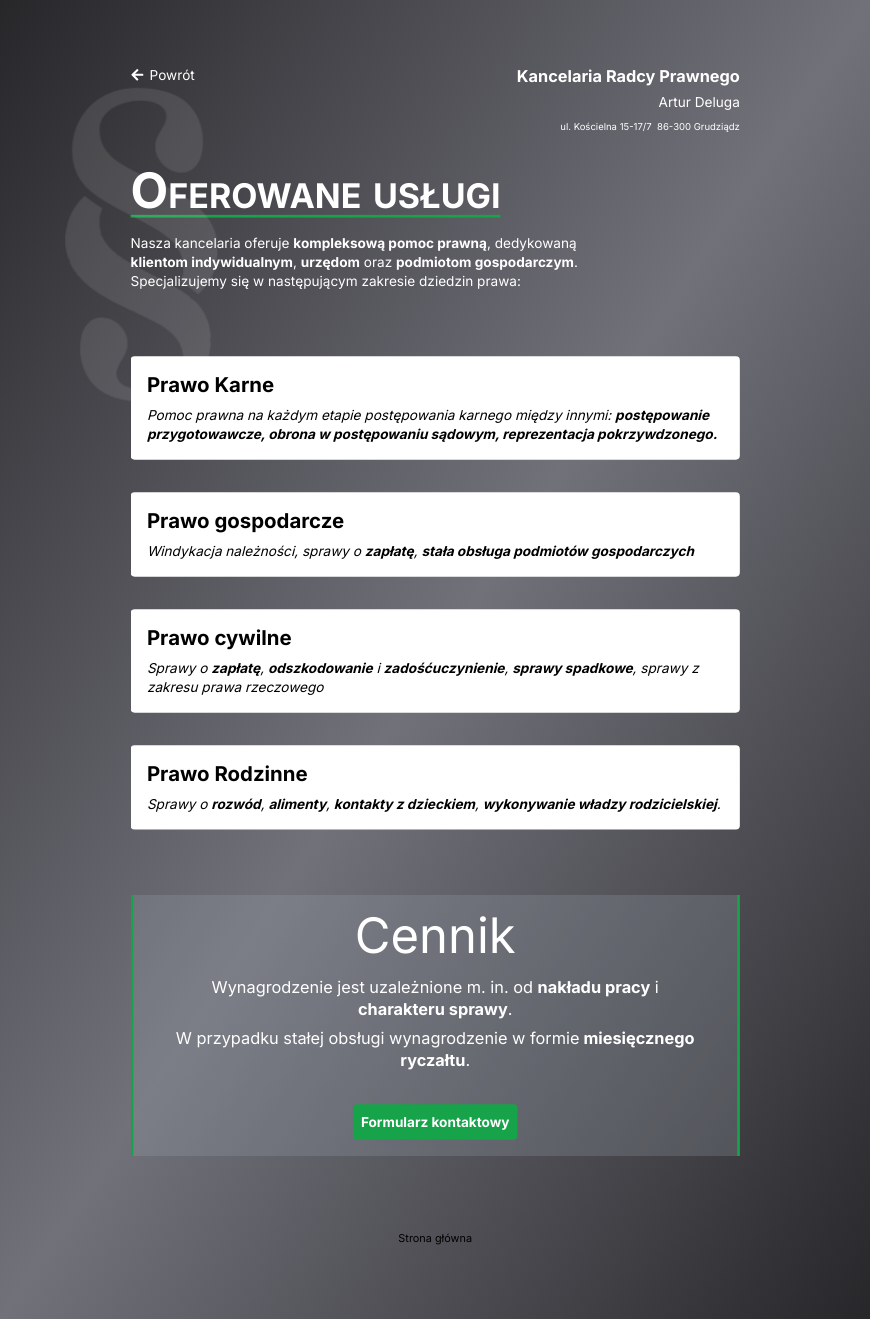
Repository: wesiudev/kancelaria-artur-deluga
Page: /oferta
These files come from the project's save history. The page is drawn as it stood at one moment and after the next save; the edit follows.
The browser window is 1280 px wide. The pictures show the whole page, at 68% of full size.
The project was rebuilt for these pictures with package versions that can differ from the ones it lists, and the page was loaded fresh each time. The framework's server and built-in components were replaced by stand-ins that run in the browser. Also part of the build but not shown: next.config.js.

Above is the page before, as saved 2023-08-09 17:26:03.

### app/layout.tsx
import "./globals.css";
import type { Metadata } from "next";
import { Inter } from "next/font/google";

const inter = Inter({ subsets: ["latin"] });

export const metadata: Metadata = {
  title: "Kancelaria Radcy Prawnego Artur Deluga",
  description:
    "Kancelaria Radcy Prawnego Grudziądz Prawo Karne, Pracwo cywilne, Prawo gospodarcze, Prawo Rodzinne. ul. Kościelna 15-17/7 86-300 Grudziądz. Pomoc prawna na każdym etapie postępowania karnego (postępowanie przygotowawcze, obrona w postępowaniu sądowym, reprezentacja pokrzywdzonego, etc.)",
  viewport: "width=device-width, initial-scale=1",
  icons: {
    icon: "/favicon.png",
  },
};

export default function RootLayout({
  children,
}: {
  children: React.ReactNode;
}) {
  return (
    <html lang="pl" className="scroll-smooth ">
      <body className={inter.className}>{children}</body>
    </html>
  );
}

### app/oferta/page.tsx
"use client";
import Image from "next/image";
import paragraphImage from "@/app/assets/paragraph.png";
import Link from "next/link";
import { FaArrowLeft } from "react-icons/fa";
import { useState } from "react";
const sendContactForm = async (data: any) =>
  fetch("/api/mail", {
    method: "POST",
    body: JSON.stringify(data),
    headers: { "Content-Type": "application/json", Accept: "application/json" },
  }).then((res) => {
    if (!res.ok) throw new Error("Failed to send message");
    return res.json();
  });

export default function OfferMobile() {
  const [isContactOpen, setContactOpen] = useState(false);
  const [firstName, setFirstName] = useState<string>("");
  const [email, setEmail] = useState<string>("");
  const [message, setMessage] = useState<string>("");

  const onSubmit = async () => {
    try {
      await sendContactForm({
        firstName: firstName,
        email: email,
        message: message,
      });
    } catch (error) {}
  };
  return (
    <div className="w-full mx-auto z-[2000] bg-gradient-to-br from-zinc-800 via-zinc-500 to-zinc-800 overflow-x-hidden text-black">
      <Image
        src={paragraphImage}
        alt="Paragraf obrazek w tle"
        width={224}
        height={224}
        className="fixed opacity-10 left-[50%] -translate-x-[50%] lg:-translate-x-0 lg:left-24 top-[50%] -translate-y-[50%]"
      />
      <div className="flex flex-col space-x-[100px] min-h-screen items-center py-24">
        <div className="flex flex-col w-[85vw] lg:w-[70vw] 2xl:w-[60vw] min-h-screen justify-center ">
          <div className="flex flex-col justify-between w-full">
            <div className="flex flex-row justify-between">
              <div className="w-1/2">
                <Link
                  className="group flex flex-row items-center mb-12 text-xl w-max text-white"
                  href="/"
                >
                  <FaArrowLeft className="mr-2 " />
                  <span className="hover:underline hover:underline-offset-4">
                    {" "}
                    Powrót
                  </span>
                </Link>
              </div>
              <div className="text-white">
                <h1 className="text-xl lg:text-2xl text-right sm:text-left font-bold">
                  Kancelaria Radcy Prawnego
                </h1>
                <div className="w-full flex justify-end">
                  <h2 className="text-xl mb-12 lg:mb-0 mt-2">Artur Deluga</h2>
                </div>
                <div
                  className={` flex-row space-x-2 text-sm justify-end mt-3 mb-12 hidden lg:flex`}
                >
                  <div>ul. Kościelna 15-17/7</div>
                  <div>86-300 Grudziądz</div>
                </div>
              </div>
            </div>

            <div className=" rounded-2xl  text-white">
              <div className="w-max">
                <h1 className="w-max text-4xl md:text-5xl lg:text-7xl text-white caps font-bold">
                  Oferowane usługi
                </h1>
                <div className="h-1 w-full mb-6 bg-green-600" />
              </div>

              <h2 className="text-left text-xl w-full lg:w-3/4 ">
                Nasza kancelaria oferuje{" "}
                <span className="font-bold"> kompleksową pomoc prawną</span>,
                dedykowaną{" "}
                <span className="font-bold">klientom indywidualnym</span>,{" "}
                <span className="font-bold">urzędom</span> oraz{" "}
                <span className="font-bold">podmiotom gospodarczym</span>.
                Specjalizujemy się w następującym zakresie dziedzin prawa:
              </h2>
            </div>
          </div>
          <div className="relative text-black flex flex-col space-y-12 mt-24">
            <div className="max-h-[50vh] border-0 hover:scale-105 duration-300 hover:bg-opacity-100 cursor-default  rounded-md bg-white  flex flex-col p-6 justify-between">
              <h1 className="text-xl lg:text-3xl font-bold">Prawo Karne</h1>
              <p className="text-sm sm:text-xl mt-3 italic">
                Pomoc prawna na każdym etapie postępowania karnego między
                innymi:{" "}
                <span className="font-bold">
                  postępowanie przygotowawcze, obrona w postępowaniu sądowym,
                  reprezentacja pokrzywdzonego.
                </span>
              </p>
            </div>
            <div className="max-h-[50vh] border-0 hover:scale-105 duration-300 hover:bg-opacity-100 cursor-default  rounded-md bg-white  flex flex-col justify-between p-6">
              <h1 className="text-xl lg:text-3xl font-bold">
                Prawo gospodarcze
              </h1>
              <p className="text-sm sm:text-xl mt-3 italic">
                Windykacja należności, sprawy o{" "}
                <span className="font-bold">zapłatę</span>,{" "}
                <span className="font-bold">
                  stała obsługa podmiotów gospodarczych
                </span>
              </p>
            </div>

            <div className="max-h-[50vh] border-0 hover:scale-105 duration-300 hover:bg-opacity-100 cursor-default rounded-md bg-white  flex flex-col p-6 justify-between">
              <h1 className="text-xl lg:text-3xl font-bold">Prawo cywilne</h1>
              <p className="text-sm sm:text-xl mt-3 italic">
                Sprawy o <span className="font-bold">zapłatę</span>,{" "}
                <span className="font-bold">odszkodowanie</span> i{" "}
                <span className="font-bold">zadośćuczynienie</span>,{" "}
                <span className="font-bold">sprawy spadkowe</span>, sprawy z
                zakresu prawa rzeczowego
              </p>
            </div>
            <div className="max-h-[50vh] border-0 hover:scale-105 duration-300 hover:bg-opacity-100 cursor-default rounded-md  bg-white  flex flex-col p-6 justify-between">
              <h1 className="text-xl lg:text-3xl font-bold">Prawo Rodzinne</h1>
              <p className="text-sm sm:text-xl mt-3 italic">
                Sprawy o <span className="font-bold">rozwód</span>,{" "}
                <span className="font-bold">alimenty</span>,{" "}
                <span className="font-bold">kontakty z dzieckiem</span>,{" "}
                <span className="font-bold">
                  wykonywanie władzy rodzicielskiej
                </span>
                .
              </p>
            </div>
          </div>
          <div className="text-white flex flex-col h-max my-auto px-3 lg:px-12  text-center relative w-full mt-12  lg:mx-auto lg:mt-24 border-l-4 border-r-4 border-green-600 py-3 lg:py-6 bg-gray-400 bg-opacity-25">
            <h1 className="text-5xl lg:text-7xl ">Cennik</h1>
            <p className="mt-6 text-base lg:text-2xl">
              Wynagrodzenie jest uzależnione m. in. od{" "}
              <span className="font-bold"> nakładu pracy</span> i{" "}
              <span className="font-bold">charakteru sprawy</span>.
            </p>
            <p className="mt-3 text-sm lg:text-2xl">
              W przypadku stałej obsługi wynagrodzenie w formie
              <span className="font-bold"> miesięcznego ryczałtu</span>.
            </p>
            <button
              onClick={() => setContactOpen(true)}
              className=" p-3 bg-green-600 hover:bg-green-500 duration-300 mt-12 w-max mx-auto  text-xl text-white font-bold rounded-md"
            >
              Formularz kontaktowy
            </button>
          </div>
          <div
            className={`bg-gray-400 rounded-full flex-row space-x-2 text-sm justify-center mt-24 flex lg:hidden z-[1000]`}
          >
            <div>ul. Kościelna 15-17/7</div>
            <div>86-300 Grudziądz</div>
          </div>
          <Link
            href="/"
            className="mx-auto w-max mt-24 hover:bg-gray-400 rounded-md p-3"
          >
            Strona główna
          </Link>
        </div>
      </div>
      <div
        className={`w-[80vw] fixed left-[50%] -translate-x-[50%] top-[50%] -translate-y-[50%] bg-gradient-to-bl from-black to-zinc-800 lg:w-max h-max px-12 rounded-3xl py-6 duration-300 ${
          isContactOpen ? "z-[2000] opacity-100" : "z-[-1000] opacity-0"
        }`}
      >
        <h1 className="text-3xl text-center">Kontakt</h1>

        <div className="flex flex-col space-y-3 mt-6 lg:mt-12">
          <div className="flex flex-col lg:flex-row lg:space-x-3">
            <div className="flex flex-col">
              Imię{" "}
              <input
                onChange={(e) => setFirstName(e.target.value)}
                value={firstName}
                id="fName"
                type="text"
                className="mt-2 text-black"
              />
            </div>
            <div className="flex flex-col mt-3 lg:mt-0">
              Email{" "}
              <input
                onChange={(e) => setEmail(e.target.value)}
                value={email}
                type="text"
                className="mt-2 text-black"
              />
            </div>
          </div>
          <div className="flex flex-col mt-2">
            Treść{" "}
            <textarea
              onChange={(e) => setMessage(e.target.value)}
              value={message}
              className="h-full resize-none text-black"
            ></textarea>
          </div>
        </div>
        <div className="w-full flex space-x-3">
          <button
            onClick={() => setContactOpen(false)}
            className="w-1/2 hover:underline py-2 mt-8"
          >
            Powrót
          </button>
          <button
            onClick={onSubmit}
            className="w-1/2 bg-purple-400 hover:bg-purple-300 duration-300 py-2 mt-8"
          >
            Wyślij
          </button>
        </div>
      </div>
    </div>
  );
}

### app/globals.css
@tailwind base;
@tailwind components;
@tailwind utilities;

:root {
  --foreground-rgb: 0, 0, 0;
  --background-start-rgb: 214, 219, 220;
  --background-end-rgb: 255, 255, 255;
}

@media (prefers-color-scheme: dark) {
  :root {
    --foreground-rgb: 255, 255, 255;
    --background-start-rgb: 0, 0, 0;
    --background-end-rgb: 0, 0, 0;
  }
}

body {
  color: rgb(var(--foreground-rgb));
  background: linear-gradient(
      to bottom,
      transparent,
      rgb(var(--background-end-rgb))
    )
    rgb(var(--background-start-rgb));
}

.expand {
  position: relative;
  text-decoration: none;
  display: inline-block;
}
.expand:after {
  display: block;
  content: "";
  border-bottom: solid 3px white;
  transform: scaleX(0);
  transition: transform 250ms ease-in-out;
  transform-origin: 100% 50%;
}
.expand:hover:after {
  transform: scaleX(1);
  transform-origin: 0 50%;
}

.caps {
  font-variant: small-caps;
}
html {
  scroll-behavior: smooth;
  color: #1a1a1a;
}

Loaded but not shown: tailwind.config.js (common file)

After the next save:
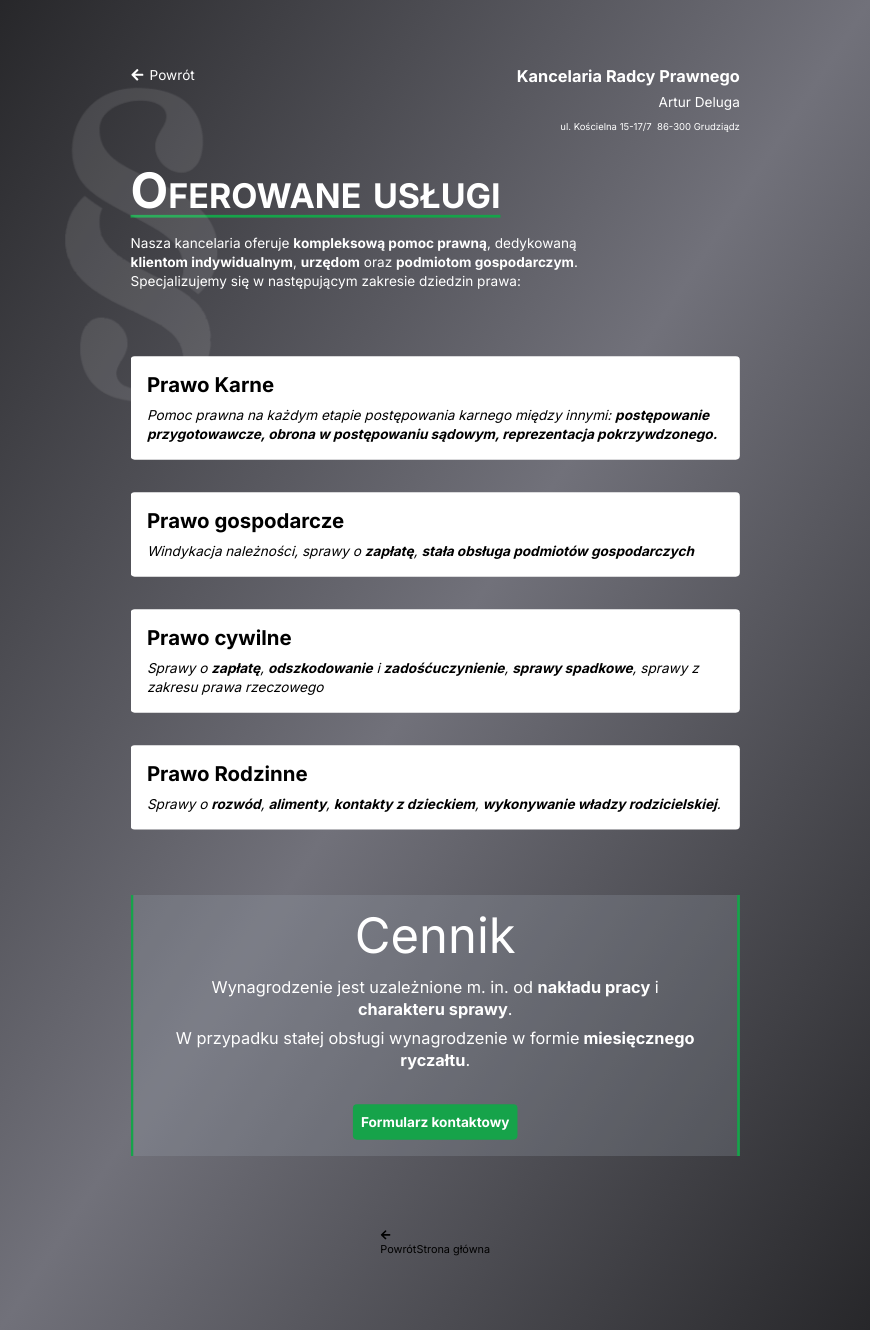
Saved 28 s later.
--- a/app/oferta/page.tsx
+++ b/app/oferta/page.tsx
@@ -165,6 +165,11 @@ export default function OfferMobile() {
             href="/"
             className="mx-auto w-max mt-24 hover:bg-gray-400 rounded-md p-3"
           >
+            <FaArrowLeft className="mr-2 " />
+            <span className="hover:underline hover:underline-offset-4">
+              {" "}
+              Powrót
+            </span>
             Strona główna
           </Link>
         </div>
